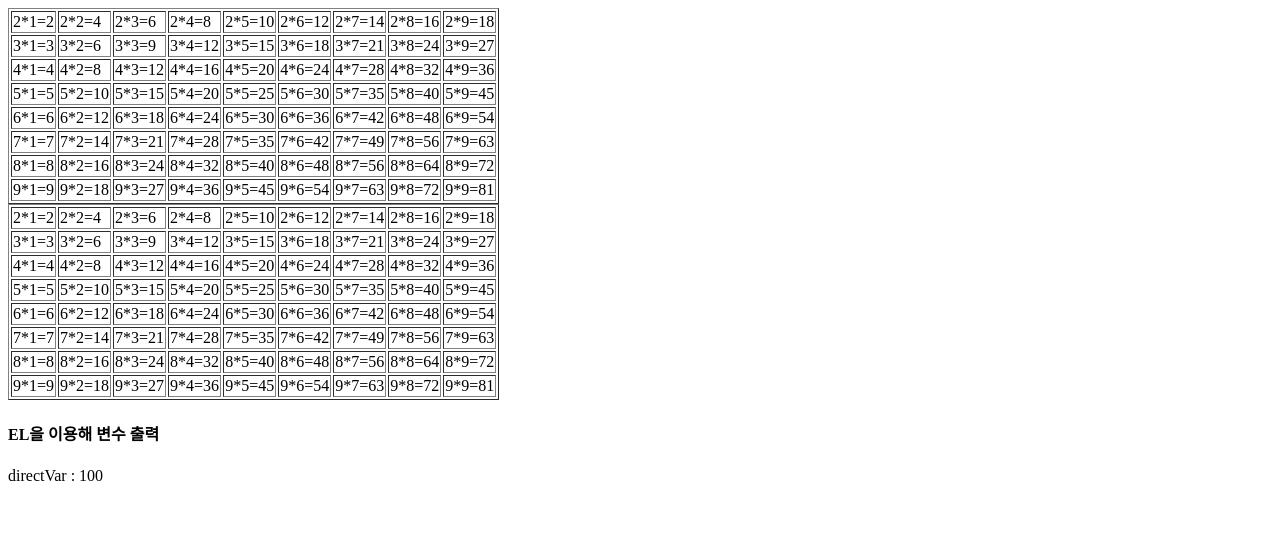
Repository: ahwaboin3/eclipse-workspace-jsp
Page: http://localhost/MustHaveJSP/JSTL/Set1.jsp
The author's editor kept a copy of each file at every save. The page is drawn from the files as they stood at one save, then again after the next save.
The browser window is 1280 px wide. The pictures show the whole page.
The page is served by Tomcat 10. Other server files are loaded and not shown.

Above is the page before, as saved 2025-05-21 07:12:14.

### MustHaveJSP/src/main/webapp/JSTL/Set1.jsp
<%@ page language="java" contentType="text/html; charset=UTF-8"
    pageEncoding="UTF-8"%>
<%@ taglib prefix="c" uri="jakarta.tags.core" %>
<!DOCTYPE html>
<html>
<head>
<meta charset="UTF-8">
<title></title>
<!-- webapp/JSTL/Set1.jsp -->
</head>
<body>
<!-- JSTL
JSTL은 JSP에서 빈번하게 사용되는 조건문, 반복문 등을 처리해주는 태그를
모아 표준으로 만들어 놓은 라이브러리입니다. JSTL을 사용하면 스크립틀릿 없이
태그만으로 작성할 수 있기 때문에 코드가 간결해지고 읽기 편해집니다.
-->
<!-- jsp로 구구단 만들기 -->
<table border="1">
<% for(int i=2; i<=9; i++){ %>
<tr>
	<%for(int j=1;j<=9;j++){ %>
	<td>
		<%=i %>*<%=j %>=<%=i*j %>
	</td>
	<%} %>
</tr>
<%} %>
</table>
<!-- JSTL로 구현한 구구단 -->
<table border="1">
	<c:forEach begin="2" end="9" var="i">
		<tr>
			<c:forEach begin="1" end="9" var="j">
				<td>
					${i }*${j }=${i*j }
				</td>
			</c:forEach>
		</tr>
	</c:forEach>
</table>
<%/*
<c:set> 태그
기본 사용법
<c:set var="변수명" value="값" scope="영역">
또는
<c:set var="변수명" scope="영역">
	value 속성에 들어갈 값
</c:set>
*/ %>
<!-- 변수 선언 -->
<c:set var="directVar" value="100" />
<h4>EL을 이용해 변수 출력</h4>
<p>directVar : ${pageScope.directVar }</p>
</body>
</html>

After the next save:
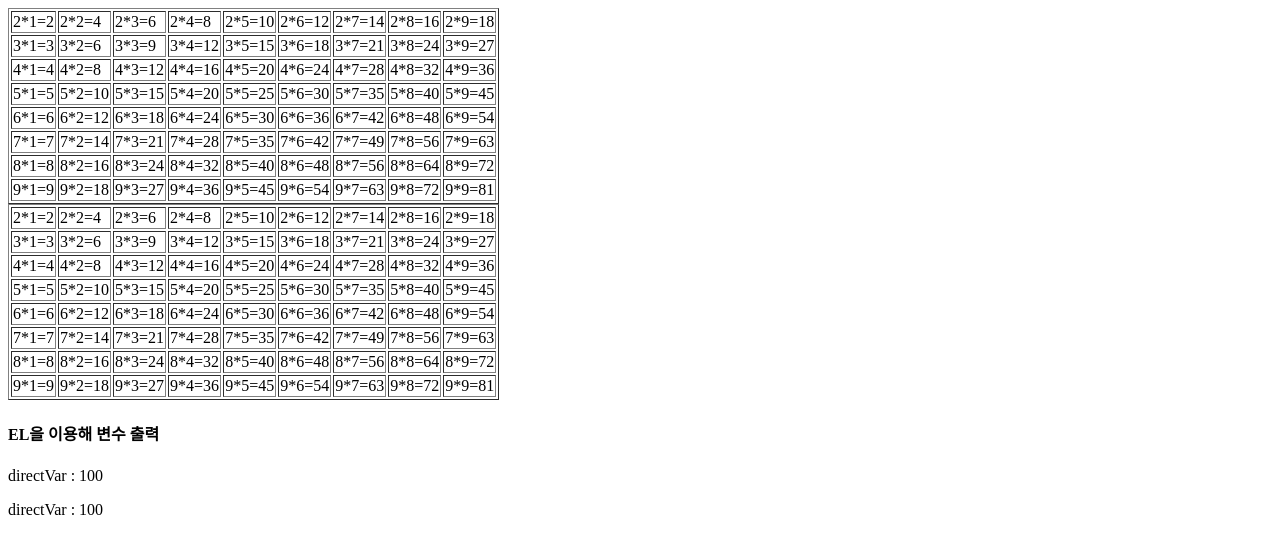
Saved 7 s later.
--- a/MustHaveJSP/src/main/webapp/JSTL/Set1.jsp
+++ b/MustHaveJSP/src/main/webapp/JSTL/Set1.jsp
@@ -51,5 +51,6 @@ JSTL은 JSP에서 빈번하게 사용되는 조건문, 반복문 등을 처리
 <c:set var="directVar" value="100" />
 <h4>EL을 이용해 변수 출력</h4>
 <p>directVar : ${pageScope.directVar }</p>
+<p>directVar : ${directVar }</p>
 </body>
 </html>
